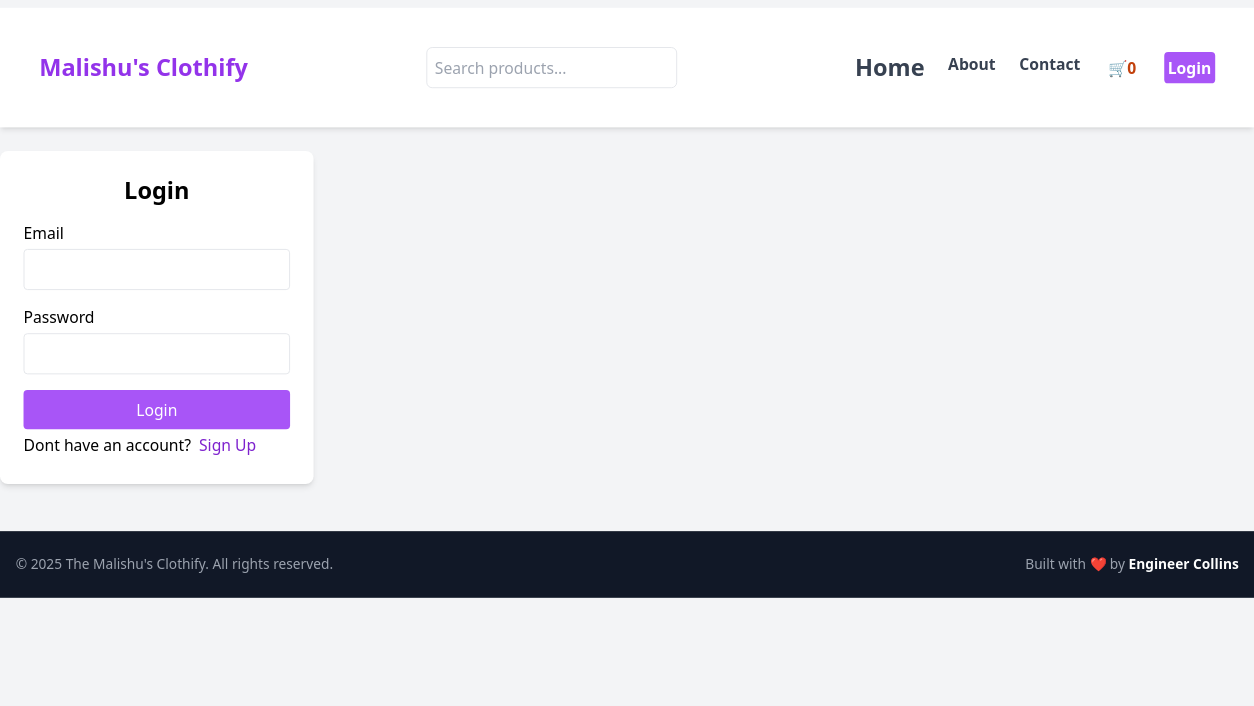
Repository: Engineer-collo/Modern-Ecommerce-Application
Page: /login
The author's editor kept a copy of each file at every save. The page is drawn from the files as they stood at one save, then again after the next save.
The browser window is 1280 px wide. The pictures show the whole page, at 98% of full size.
The project was rebuilt for these pictures with package versions that can differ from the ones it lists, and the page was loaded fresh each time. Also part of the build but not shown: vite.config.js, src/components/SignupForm.jsx, src/components/ProductCard.jsx, src/components/ProductFeed.jsx, src/components/Contact.jsx, src/components/About.jsx, src/components/Cart.jsx.

Above is the page before, as saved 2025-05-23 15:40:33.

### index.html
<!DOCTYPE html>
<html lang="en">
<head>
  <meta charset="UTF-8">
  <meta name="viewport" content="width=device-width, initial-scale=1.0">
  <title>Ecommerce</title>
</head>
<body class="bg-gray-100">
  <div id="root"></div>
  <script type="module" src="/src/main.jsx"></script>
</body>
</html>

### src/main.jsx
import React from 'react'
import ReactDOM from 'react-dom/client'
import './index.css'
import App from './App'

ReactDOM.createRoot(document.getElementById('root')).render(
  <React.StrictMode>
    <App />
  </React.StrictMode>,
)

### src/App.jsx
import { BrowserRouter as Router, Routes, Route } from 'react-router-dom';
import { useEffect, useState } from 'react';
import Footer from './components/Footer';
import Navbar from './components/Navbar';
import SignupForm from './components/SignupForm';
import LoginForm from './components/LoginForm';
import ProductFeed from './components/ProductFeed';
import Contact from './components/Contact';
import About from './components/About';
import Cart from './components/Cart';

import {
  showSuccessToast,
  ToastContainerWrapper,
} from './components/Toast';

function App() {
  const [cart, setCart] = useState([]);
  const [cartLoaded, setCartLoaded] = useState(false);

  // Load cart from localStorage
  useEffect(() => {
    const storedCart = localStorage.getItem("cart");
    if (storedCart) {
      try {
        setCart(JSON.parse(storedCart));
      } catch (error) {
        console.error("Failed to parse cart from localStorage:", error);
      }
    }
    setCartLoaded(true);
  }, []);

  // Save cart to localStorage when updated
  useEffect(() => {
    if (cartLoaded) {
      localStorage.setItem("cart", JSON.stringify(cart));
    }
  }, [cart, cartLoaded]);

  const addToCart = (product) => {
    setCart(prevCart => {
      const existing = prevCart.find(item => item.id === product.id);
      if (existing) {
        return prevCart.map(item =>
          item.id === product.id
            ? { ...item, quantity: item.quantity + 1 }
            : item
        );
      } else {
        return [...prevCart, { ...product, quantity: 1 }];
      }
    });
    showSuccessToast("Added to cart!");
  };

  const removeFromCart = (product) => {
    setCart(prevCart =>
      prevCart
        .map(item =>
          item.id === product.id
            ? { ...item, quantity: item.quantity - 1 }
            : item
        )
        .filter(item => item.quantity > 0)
    );
    showSuccessToast("Removed from cart!");
  };

  return (
    <Router>
      <Navbar cart={cart} />
      <Routes>
        <Route
          path="/"
          element={
            <ProductFeed
              addToCart={addToCart}
              showSuccessToast={showSuccessToast}
              cart={cart}
            />
          }
        />
        <Route
          path="/cart"
          element={
            <Cart
              cart={cart}
              removeFromCart={removeFromCart}
            />
          }
        />
        <Route path="/login" element={<LoginForm />} />
        <Route path="/signup" element={<SignupForm />} />
        <Route path="/about" element={<About />} />
        <Route path="/contact" element={<Contact showSuccessToast={showSuccessToast} />} />
      </Routes>
      <ToastContainerWrapper />
      <Footer />
    </Router>
  );
}

export default App;

### src/components/Footer.jsx
const Footer = () => {
    return(
        <>
        <footer className="bg-gray-900 text-white py-6 mt-12">
  <div className="max-w-7xl mx-auto px-4 flex flex-col md:flex-row justify-between items-center space-y-4 md:space-y-0">
    <p className="text-sm text-gray-400">
      &copy; {new Date().getFullYear()} The Malishu's Clothify.  All rights reserved.
    </p>
    <p className="text-sm text-gray-400">
      Built with ❤️ by <span className="text-white font-semibold">Engineer Collins</span>
    </p>


  </div>
</footer>

        </>
    )
}

export default Footer

### src/components/Navbar.jsx
import React, { useState } from "react";
import { Link } from "react-router-dom";

const Navbar = ({ cart = [], searchTerm, setSearchTerm }) => {
  const [isOpen, setIsOpen] = useState(false);

  const toggleMenu = () => setIsOpen(!isOpen);

  return (
    <header className="mt-2 bg-white  shadow-md">
      <div className="max-w-7xl mx-auto px-10 py-10 flex flex-col md:flex-row md:justify-between md:items-center">
        <div className="flex justify-between items-center">
          <h1 className="text-2xl font-bold text-gray-800">
            <Link
              to="/"
              className="hover:text-blue-500 text-gray-700 transition"
            >
              <span className="text-purple-600">Malishu's Clothify</span>
            </Link>
          </h1>

          <div className="md:hidden">
            <button
              onClick={toggleMenu}
              className="text-gray-700 focus:outline-none"
            >
              <svg
                className="h-6 w-6"
                fill="none"
                stroke="currentColor"
                strokeWidth="2"
                viewBox="0 0 24 24"
              >
                <path
                  strokeLinecap="round"
                  strokeLinejoin="round"
                  d={
                    isOpen
                      ? "M6 18L18 6M6 6l12 12"
                      : "M4 6h16M4 12h16M4 18h16"
                  }
                />
              </svg>
            </button>
          </div>
        </div>

        {/* Search Input */}
        <div className="my-2 md:my-0 w-full md:w-auto">
          <input
            type="text"
            placeholder="Search products..."
            value={searchTerm}
            onChange={(e) => setSearchTerm(e.target.value)}
            className="w-full md:w-64 p-2 border rounded-md"
          />
        </div>

        {/* Desktop nav */}
        <nav className="space-x-6 hidden md:flex">
          <Link
            to="/"
            className="text-2xl hover:text-blue-500 font-bold text-gray-700 transition"
          >
            Home
          </Link>
          <Link
            to="/about"
            className="hover:text-blue-500 font-bold text-gray-700 transition"
          >
            About
          </Link>
          <Link
            to="/contact"
            className="hover:text-blue-500 font-bold text-gray-700 transition"
          >
            Contact
          </Link>
          <Link
            to="/cart"
            className="rounded p-1 font-bold text-orange-700 transition"
          >
            🛒{cart.length}
          </Link>
          <Link
            to="/login"
            className="rounded p-1 bg-purple-500 font-bold text-white transition"
          >
            Login
          </Link>
        </nav>
      </div>

      {/* Mobile nav */}
      {isOpen && (
        <nav className="md:hidden px-4 pb-4 space-y-2">
          {isOpen && (
              <nav className="md:hidden px-4 py-4 flex flex-col space-y-4 bg-white shadow-inner">
              <Link
                to="/"
                className="text-2xl font-bold text-gray-700 hover:text-blue-500 transition"
              >
                Home
              </Link>
              <Link
                to="/about"
                className="text-2xl font-bold text-gray-700 hover:text-blue-500 transition"
              >
                About
              </Link>
              <Link
                to="/contact"
                className="text-2xl font-bold text-gray-700 hover:text-blue-500 transition"
              >
                Contact
              </Link>
              <Link
                to="/cart"
                className="text-2xl font-bold text-orange-700 hover:text-orange-500 transition"
              >
                🛒 {cart.length}
              </Link>
              <Link
                to="/login"
                className="text-center text-2xl font-bold bg-purple-500 text-white px-3 py-2 rounded transition"
              >
                Login
              </Link>
            </nav>

)}

        </nav>
      )}
    </header>
  );
};

export default Navbar;

### src/components/LoginForm.jsx

import { useNavigate } from 'react-router-dom';
import { Formik, Form, Field, ErrorMessage } from 'formik';
import * as Yup from 'yup';




function LoginForm() {
  const navigate = useNavigate()
  const signupNavigation = () => {
    navigate("/signup")
  }
  return (
    <>

    <Formik
      initialValues={{ email: '', password: '' }}
      validationSchema={Yup.object({
        email: Yup.string().email('Invalid email').required('Required'),
        password: Yup.string().required('Required')
      })}
      onSubmit={(values) => {
        console.log(values);
      }}
    >
      <Form className="mt-6 bg-white p-6 rounded-lg shadow-md w-80">
        <h2 className="text-2xl font-bold mb-4 text-center">Login</h2>
        <div className="mb-4">
          <label className="block mb-1" htmlFor="email">Email</label>
          <Field name="email" type="email" className="w-full p-2 border rounded" />
          <ErrorMessage name="email" component="div" className="text-red-500 text-sm" />
        </div>
        <div className="mb-4">
          <label className="block mb-1" htmlFor="password">Password</label>
          <Field name="password" type="password" className="w-full p-2 border rounded" />
          <ErrorMessage name="password" component="div" className="text-red-500 text-sm" />
        </div>
        <button type="submit" className="bg-purple-500 text-white px-4 py-2 rounded w-full">Login</button>
        <p>Dont have an account? <button className='text-purple-700 rounded p-1' onClick={signupNavigation}>Sign Up</button> </p>

      </Form>

    </Formik>
    </>
  )
}

export default LoginForm

### src/components/Toast.jsx
// src/components/Toast.js
import { toast, ToastContainer } from 'react-toastify';
import 'react-toastify/dist/ReactToastify.css';

// Toast functions
export const showSuccessToast = (message) =>
  toast.success(message, {
    className: 'bg-green-100 text-green-800 border border-green-300 rounded p-4',
    bodyClassName: 'text-sm',
    progressClassName: 'bg-green-500',
  });

export const showErrorToast = (message) =>
  toast.error(message, {
    className: 'bg-red-100 text-red-800 border border-red-300 rounded p-4',
    bodyClassName: 'text-sm',
    progressClassName: 'bg-red-500',
  });

export const showInfoToast = (message) =>
  toast.info(message, {
    className: 'bg-blue-100 text-blue-800 border border-blue-300 rounded p-4',
    bodyClassName: 'text-sm',
    progressClassName: 'bg-blue-500',
  });

export const showWarningToast = (message) =>
  toast.warn(message, {
    className: 'bg-yellow-100 text-yellow-800 border border-yellow-300 rounded p-4',
    bodyClassName: 'text-sm',
    progressClassName: 'bg-yellow-500',
  });

// Toast container
export const ToastContainerWrapper = () => (
  <ToastContainer position="top-center" autoClose={2000} />
);

Loaded but not shown: src/index.css (common file); tailwind.config.js (common file)

After the next save:
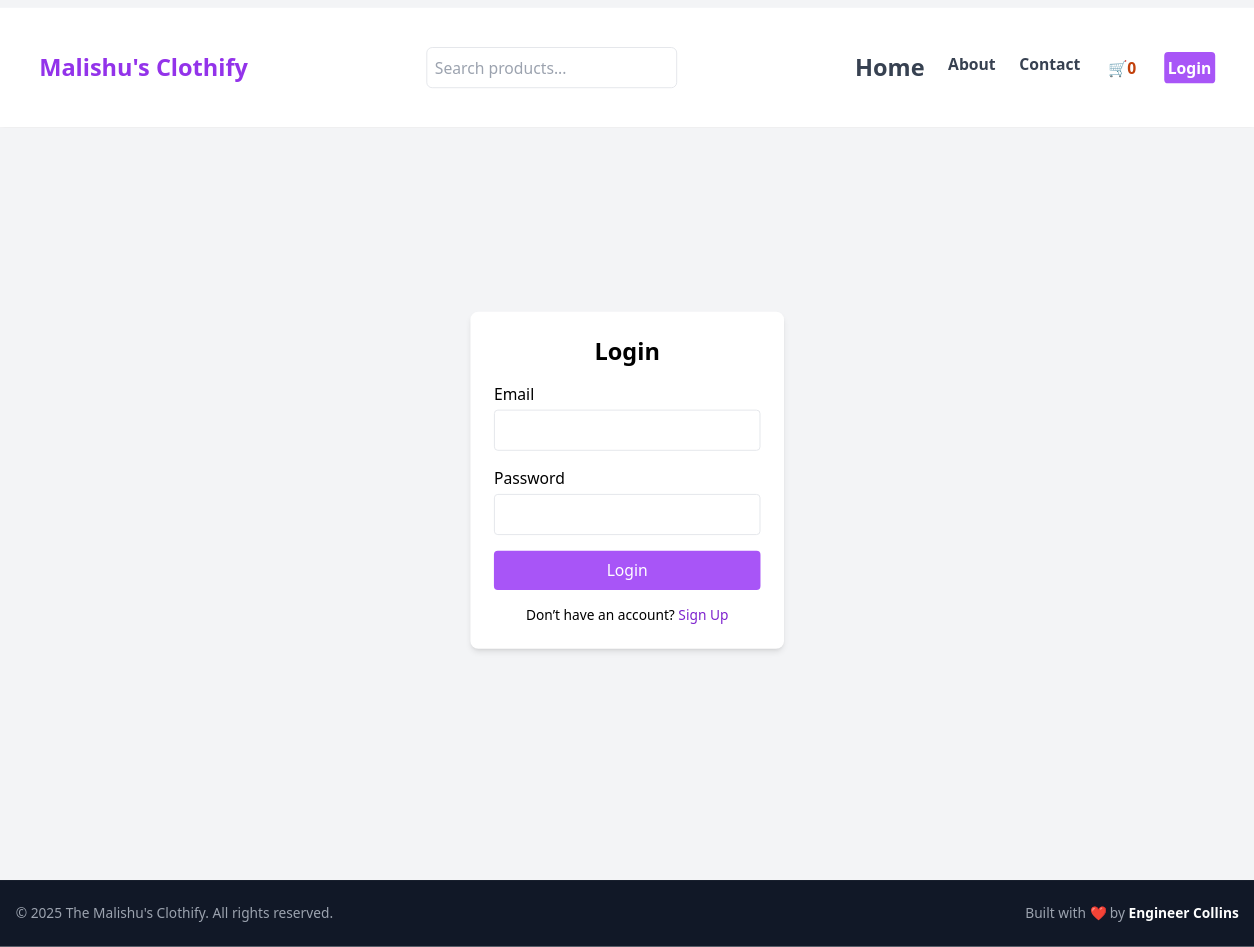
Saved 56 s later.
--- a/src/components/LoginForm.jsx
+++ b/src/components/LoginForm.jsx
@@ -1,49 +1,58 @@
-
 import { useNavigate } from 'react-router-dom';
 import { Formik, Form, Field, ErrorMessage } from 'formik';
 import * as Yup from 'yup';
 
+function LoginForm() {
+  const navigate = useNavigate();
+  const signupNavigation = () => {
+    navigate("/signup");
+  };
 
+  return (
+    <div className="min-h-screen flex items-center justify-center bg-gray-100">
+      <Formik
+        initialValues={{ email: '', password: '' }}
+        validationSchema={Yup.object({
+          email: Yup.string().email('Invalid email').required('Required'),
+          password: Yup.string().required('Required')
+        })}
+        onSubmit={(values) => {
+          console.log(values);
+        }}
+      >
+        <Form className="bg-white p-6 rounded-lg shadow-md w-80">
+          <h2 className="text-2xl font-bold mb-4 text-center">Login</h2>
 
+          <div className="mb-4">
+            <label className="block mb-1" htmlFor="email">Email</label>
+            <Field name="email" type="email" className="w-full p-2 border rounded" />
+            <ErrorMessage name="email" component="div" className="text-red-500 text-sm" />
+          </div>
 
-function LoginForm() {
-  const navigate = useNavigate()
-  const signupNavigation = () => {
-    navigate("/signup")
-  }
-  return (
-    <>
+          <div className="mb-4">
+            <label className="block mb-1" htmlFor="password">Password</label>
+            <Field name="password" type="password" className="w-full p-2 border rounded" />
+            <ErrorMessage name="password" component="div" className="text-red-500 text-sm" />
+          </div>
 
-    <Formik
-      initialValues={{ email: '', password: '' }}
-      validationSchema={Yup.object({
-        email: Yup.string().email('Invalid email').required('Required'),
-        password: Yup.string().required('Required')
-      })}
-      onSubmit={(values) => {
-        console.log(values);
-      }}
-    >
-      <Form className="mt-6 bg-white p-6 rounded-lg shadow-md w-80">
-        <h2 className="text-2xl font-bold mb-4 text-center">Login</h2>
-        <div className="mb-4">
-          <label className="block mb-1" htmlFor="email">Email</label>
-          <Field name="email" type="email" className="w-full p-2 border rounded" />
-          <ErrorMessage name="email" component="div" className="text-red-500 text-sm" />
-        </div>
-        <div className="mb-4">
-          <label className="block mb-1" htmlFor="password">Password</label>
-          <Field name="password" type="password" className="w-full p-2 border rounded" />
-          <ErrorMessage name="password" component="div" className="text-red-500 text-sm" />
-        </div>
-        <button type="submit" className="bg-purple-500 text-white px-4 py-2 rounded w-full">Login</button>
-        <p>Dont have an account? <button className='text-purple-700 rounded p-1' onClick={signupNavigation}>Sign Up</button> </p>
+          <button type="submit" className="bg-purple-500 text-white px-4 py-2 rounded w-full hover:bg-purple-600">
+            Login
+          </button>
 
-      </Form>
-
-    </Formik>
-    </>
-  )
+          <p className="mt-4 text-center text-sm">
+            Don’t have an account?{' '}
+            <button
+              type="button"
+              className="text-purple-700 hover:underline"
+              onClick={signupNavigation}
+            >
+              Sign Up
+            </button>
+          </p>
+        </Form>
+      </Formik>
+    </div>
+  );
 }
 
-export default LoginForm
+export default LoginForm;
